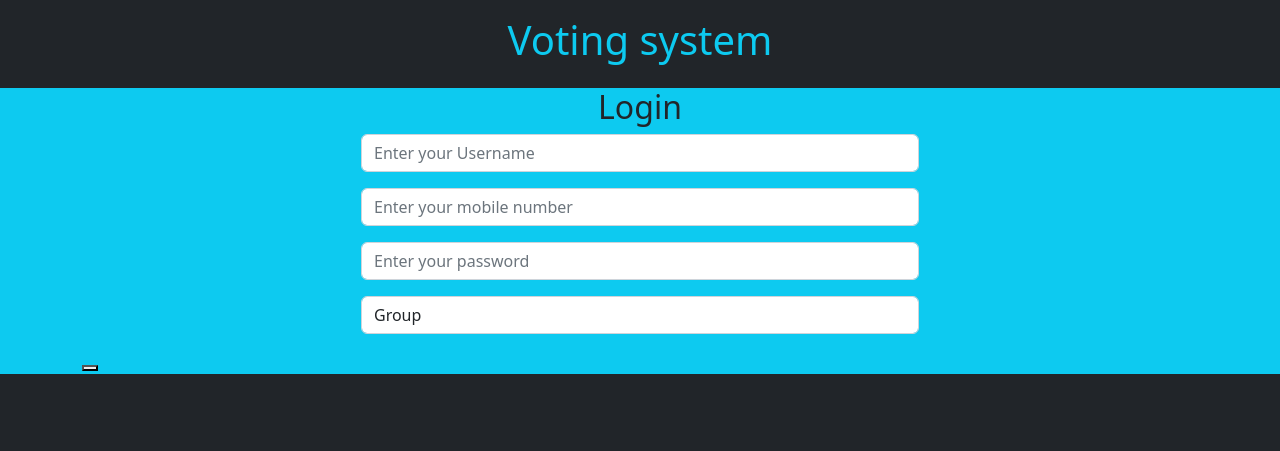
Repository: AvinashLikesToLearnNewStuff/VotingSite
Page: http://localhost/
The author's editor kept a copy of each file at every save. The page is drawn from the files as they stood at one save, then again after the next save.
The browser window is 1280 px wide. The pictures show the whole page.
The page is run by PHP 8.4 with error messages shown; the project is at /var/www/html/.

Above is the page before, as saved 2023-03-09 10:07:32.

### index.php
<!DOCTYPE html>
<html lang="en">
<head>
    <meta charset="UTF-8">
    <meta http-equiv="X-UA-Compatible" content="IE=edge">
    <meta name="viewport" content="width=device-width, initial-scale=1.0">
    <title>PHP voting system</title>
    <!-- bootstrap css link -->
     <link href="https://cdn.jsdelivr.net/npm/bootstrap@5.2.3/dist/css/bootstrap.min.css" rel="stylesheet" integrity="sha384-rbsA2VBKQhggwzxH7pPCaAqO46MgnOM80zW1RWuH61DGLwZJEdK2Kadq2F9CUG65" crossorigin="anonymous">
</head>
<body class="bg-dark">
    <h1 class=  "text-info text-center p-3">Voting system</h1>
    <div class="bg-info">
        <h2 class="text-center">Login</h2>
        <div class="container">
            <form action="">
                <div class="mb-3">
                    <input type="text" name="username" class="form-control w-50 m-auto" placeholder="Enter your Username" required= "required">
                </div>

                <div class="mb-3">
                    <input type="text" name="mobile" class="form-control w-50 m-auto" placeholder="Enter your mobile number" required= "required" maxLength="10" minLength="10">
                </div>

                <div class="mb-3">
                    <input type="password" name="password" class="form-control w-50 m-auto" placeholder="Enter your password" required= "required">
                </div>
                <div class="mb-3">
                    <select name="std" class="form-control w-50 m-auto" >
                        <option value="group">Group</option>
                        <option value="voter">Voter</option>
                    </select>
                </div>
                <button type="submit" class=></button>
            </form>
        </div>
    </div>

</body>
</html>

After the next save:
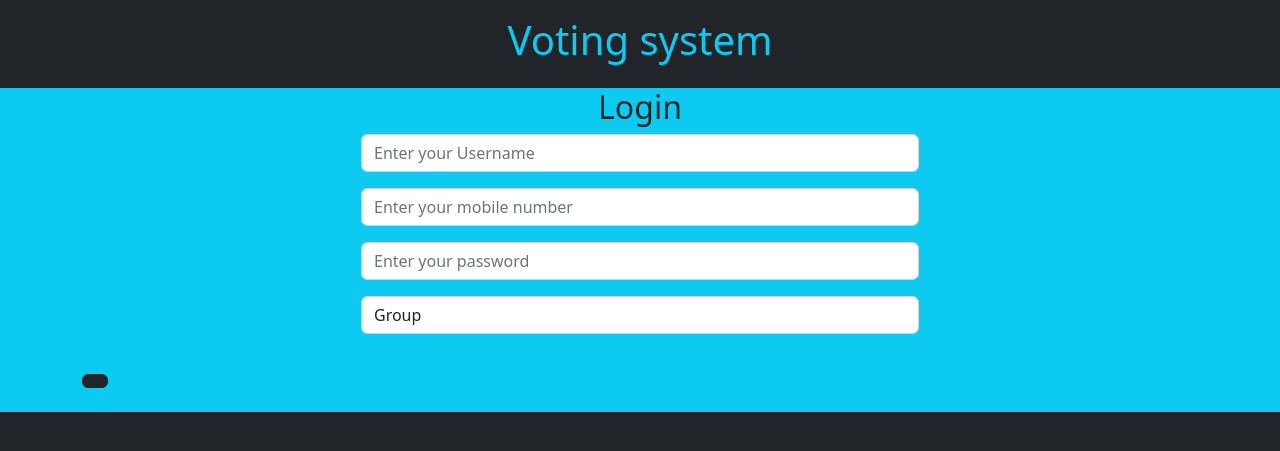
Saved 15 s later.
--- a/index.php
+++ b/index.php
@@ -31,7 +31,7 @@
                         <option value="voter">Voter</option>
                     </select>
                 </div>
-                <button type="submit" class=></button>
+            <button type="submit" class="btn btn-dark my-4"></button>
             </form>
         </div>
     </div>
